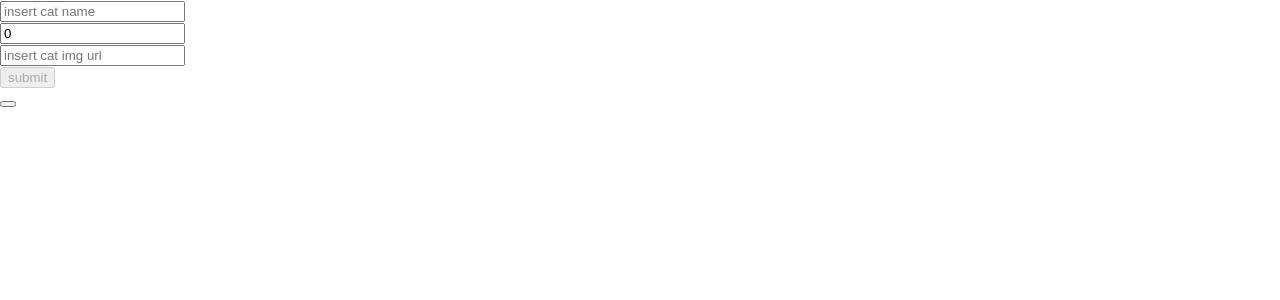
Repository: ehabmelhem/Mongodb
Page: / (app in simple-react-app/app/)
These files come from the project's save history. The page is drawn as it stood at one moment and after the next save; the edit follows.
The browser window is 1280 px wide. The pictures show the whole page.
The project was rebuilt for these pictures with package versions that can differ from the ones it lists, and the page was loaded fresh each time.

Above is the page before, as saved 2021-02-04 22:50:20.

After the next save:
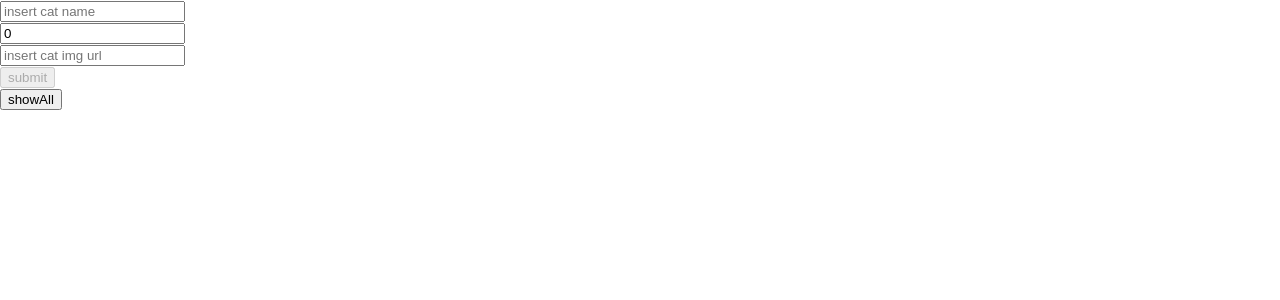
Saved 4 s later.
--- a/simple-react-app/app/src/App.js
+++ b/simple-react-app/app/src/App.js
@@ -68,7 +68,7 @@ function App() {
           submit
         </button>
       </form>
-      <button></button>
+      <button>showAll</button>
     </div>
   );
 }
